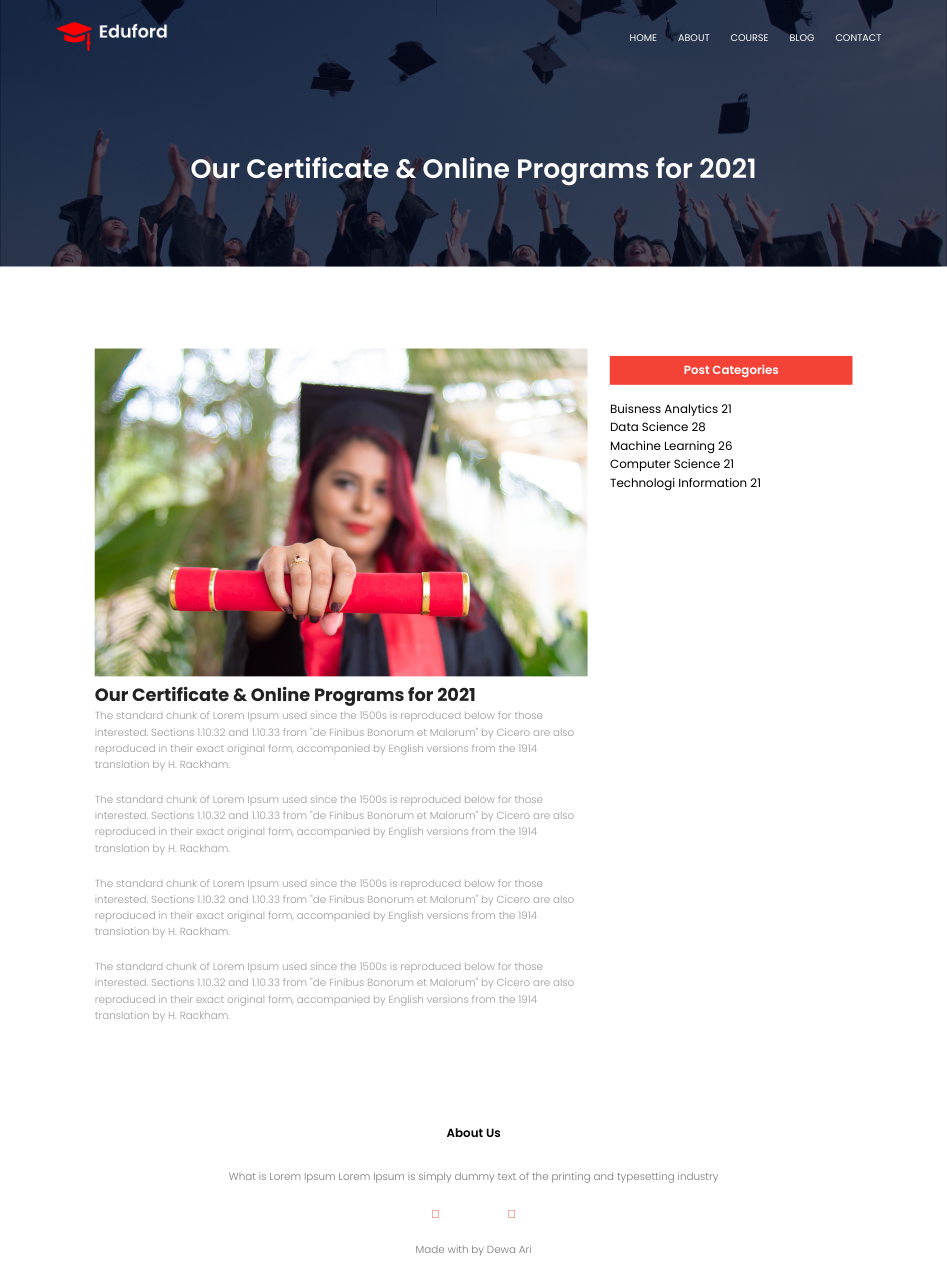
Repository: dewaary/company-profile
Page: blog.html
These files come from the project's save history. The page is drawn as it stood at one moment and after the next save; the edit follows.
The browser window is 1280 px wide. The pictures show the whole page, at 74% of full size.

Above is the page before, as saved 2021-05-07 23:57:50.

### blog.html
<!DOCTYPE html>
<html lang="en">

<head>
    <meta charset="UTF-8" />
    <meta http-equiv="X-UA-Compatible" content="IE=edge" />
    <meta name="viewport" content="width=device-width, initial-scale=1.0" />
    <title>University Website Design</title>
    <link rel="stylesheet" href="style.css" />
    <link rel="preconnect" href="https://fonts.gstatic.com" />
    <link href="https://fonts.googleapis.com/css2?family=Poppins:wght@200;300;400;600;700&display=swap"
        rel="stylesheet" />
    <link rel="stylesheet"
        href="https://cdn.jsdelivr.net/npm/@fortawesome/fontawesome-free@5.15.3/css/fontawesome.min.css" />
</head>

<body>
    <section class="sub-header">
        <nav>
            <a href="index.html"><img src="images/logo.png" /></a>
            <div class="nav-links" id="navLinks">
                <i class="fa fa-times" onclick="hideMenu()"></i>
                <ul>
                    <li><a href="">HOME</a></li>
                    <li><a href="">ABOUT</a></li>
                    <li><a href="">COURSE</a></li>
                    <li><a href="">BLOG</a></li>
                    <li><a href="">CONTACT</a></li>
                </ul>
            </div>
            <i class="fa fa-bars" onclick="showMenu()"></i>
        </nav>
        <h1>Our Certificate & Online Programs for 2021</h1>
    </section>

    <section class="blog-content">
        <div class="row">
            <div class="blog-left">
                <img src="images/certificate.jpg" />
                <h2>Our Certificate & Online Programs for 2021</h2>
                <p>
                    The standard chunk of Lorem Ipsum used since the 1500s is reproduced
                    below for those interested. Sections 1.10.32 and 1.10.33 from "de
                    Finibus Bonorum et Malorum" by Cicero are also reproduced in their
                    exact original form, accompanied by English versions from the 1914
                    translation by H. Rackham.
                </p>
                <br />
                <p>
                    The standard chunk of Lorem Ipsum used since the 1500s is reproduced
                    below for those interested. Sections 1.10.32 and 1.10.33 from "de
                    Finibus Bonorum et Malorum" by Cicero are also reproduced in their
                    exact original form, accompanied by English versions from the 1914
                    translation by H. Rackham.
                </p>
                <br />
                <p>
                    The standard chunk of Lorem Ipsum used since the 1500s is reproduced
                    below for those interested. Sections 1.10.32 and 1.10.33 from "de
                    Finibus Bonorum et Malorum" by Cicero are also reproduced in their
                    exact original form, accompanied by English versions from the 1914
                    translation by H. Rackham.
                </p>
                <br />
                <p>
                    The standard chunk of Lorem Ipsum used since the 1500s is reproduced
                    below for those interested. Sections 1.10.32 and 1.10.33 from "de
                    Finibus Bonorum et Malorum" by Cicero are also reproduced in their
                    exact original form, accompanied by English versions from the 1914
                    translation by H. Rackham.
                </p>
                <br />
            </div>
            <div class="blog-right">
                <h3>Post Categories</h3>
                <div>
                    <span>Buisness Analytics</span>
                    <span>21</span>
                </div>
                <div>
                    <span>Data Science</span>
                    <span>28</span>
                </div>
                <div>
                    <span>Machine Learning</span>
                    <span>26</span>
                </div>
                <div>
                    <span>Computer Science</span>
                    <span>21</span>
                </div>
                <div>
                    <span>Technologi Information</span>
                    <span>21</span>
                </div>
            </div>
        </div>
    </section>

    <section class="footer">
        <h4>About Us</h4>
        <p>
            What is Lorem Ipsum Lorem Ipsum is simply dummy text of the printing and
            typesetting industry
        </p>
        <div class="icons">
            <i class="fa fa-facebook"></i>
            <i class="fa fa-Twitter"></i>
            <i class="fa fa-Instagram"></i>
            <i class="fa fa-linkedin"></i>
        </div>
        <p>Made with <i class="fa fa-heart-0"></i>by Dewa Ari</p>
    </section>

    <!---- Javascript for Toggle Menu ---->
    <script>
        var navLinks = document.getElementById("navLinks");

        function showMenu() {
            navLinks.style.right = "0";
        }
        function hideMenu() {
            navLinks.style.right = "-200px";
        }
    </script>
</body>

</html>

### style.css
* {
  margin: 0;
  padding: 0;
  font-family: "Poppins", sans-serif;
}

.header {
  min-height: 100vh;
  width: 100%;
  background-image: linear-gradient(rgba(4, 9, 30, 0.7), rgba(4, 9, 30, 0.7)),
    url(images/banner.png);
  background-position: center;
  background-size: cover;
  position: relative;
}

nav {
  display: flex;
  padding: 2% 6%;
  justify-content: space-between;
  align-items: center;
}

nav img {
  width: 150px;
}

.nav-links {
  flex: 1;
  text-align: right;
}

.nav-links ul li {
  list-style: none;
  display: inline-block;
  padding: 8px 12px;
  position: relative;
}

.nav-links ul li a {
  color: #fff;
  text-decoration: none;
  font-size: 13px;
}

.nav-links ul li::after {
  content: "";
  width: 0%;
  height: 2px;
  background: #f44336;
  display: block;
  margin: auto;
  transition: 0.5s;
}

.nav-links ul li:hover::after {
  width: 100%;
}

.text-box {
  width: 90%;
  color: #fff;
  position: absolute;
  top: 50%;
  left: 50%;
  transform: translate(-50%, -50%);
  text-align: center;
}

.text-box h1 {
  font-size: 62px;
}

.text-box p {
  margin: 10px 0 40px;
  font-size: 14px;
  color: #fff;
}

.hero-btn {
  display: inline-block;
  text-decoration: none;
  color: #fff;
  border: 1px solid #fff;
  padding: 12px 34px;
  font-size: 13px;
  background: transparent;
  position: relative;
  cursor: pointer;
}

.hero-btn:hover {
  border: 1px solid #f44336;
  background: #f44336;
  transition: 1s;
}

nav .fa {
  display: none;
}

@media (max-width: 700px) {
  .text-box h1 {
    font-size: 20px;
  }

  .nav-links ul li {
    display: block;
  }
  .nav-links {
    position: absolute;
    background: #f44336;
    height: 100vh;
    width: 200px;
    top: 0;
    right: -200px;
    text-align: left;
    z-index: 2;
    transition: 1s;
  }

  nav .fa {
    display: block;
    color: #fff;
    margin: 10px;
    font-size: 22px;
    cursor: pointer;
  }

  .nav-links ul {
    padding: 30px;
  }
}

/*---- Course ------ */

.course {
  width: 80%;
  margin: auto;
  text-align: center;
  padding-top: 100px;
}

h1 {
  font-size: 36px;
  font-weight: 600;
}

p {
  color: #777;
  font-size: 14px;
  font-weight: 300;
  line-height: 22px;
  padding: 10px;
}

.row {
  margin-top: 5%;
  display: flex;
  justify-content: space-between;
}

.course-col {
  flex-basis: 31%;
  background: #fff3f3;
  border-radius: 10px;
  margin-bottom: 5%;
  padding: 20px 12px;
  box-sizing: border-box;
  transition: 0.5s;
}

h3 {
  text-align: center;
  font-weight: 600;
  margin: 10px 0;
}

.course-col:hover {
  box-shadow: 0 0 20px 0px rgba(0, 0, 0, 0.2);
}

@media (max-width: 700px) {
  .row {
    flex-direction: column;
  }
}

.campus {
  width: 80%;
  margin: auto;
  text-align: center;
  padding-top: 50px;
}

.campus-col {
  flex-basis: 32%;
  border-radius: 10px;
  margin-bottom: 30px;
  position: relative;
  overflow: hidden;
}
.campus-col img {
  width: 100%;
  display: block;
}

.layer {
  background: transparent;
  height: 100%;
  width: 100%;
  position: absolute;
  top: 0;
  left: 0;
  transition: 0.5s;
}

.layer:hover {
  background: rgba(226, 0, 0, 0.7);
}

.layer h3 {
  width: 100%;
  font-weight: 500;
  color: #fff;
  font-size: 26px;
  bottom: 0;
  left: 50%;
  transform: translateX(-50%);
  position: absolute;
  transition: 0.5s;
}

.layer:hover h3 {
  bottom: 49%;
  opacity: 1;
}

.facilities {
  width: 80%;
  margin: auto;
  text-align: center;
  padding-top: 100px;
}

.facilities-col {
  flex-basis: 31%;
  border-radius: 10px;
  margin-bottom: 5%;
  text-align: left;
}

.facilities-col img {
  width: 100%;
  border-radius: 10px;
}

.facilities-col p {
  padding: 0%;
}

.facilities-col h3 {
  margin-top: 16px;
  margin-bottom: 15px;
  text-align: left;
}

.testimonials {
  width: 80%;
  margin: auto;
  padding-top: 100px;
  text-align: center;
}

.testimonials-col {
  flex-basis: 44%;
  border-radius: 10px;
  margin-bottom: 5%;
  text-align: left;
  background: #fff3f3;
  padding: 25px;
  cursor: pointer;
  display: flex;
}

.testimonials-col img {
  height: 40px;
  margin-left: 5px;
  margin-right: 30px;
  border-radius: 50%;
}

.testimonials-col p {
  padding: 0;
}

.testimonials-col h3 {
  margin-top: 15px;
  text-align: left;
}

.testimonials-col .fa {
  color: #f44336;
}

@media (max-width: 700px) {
  .testimonials-col img {
    margin-left: 0px;
    margin-right: 15px;
  }
}

.cta {
  margin: 100px auto;
  width: 80%;
  background-image: linear-gradient(rgba(0, 0, 0, 0.7), rgba(0, 0, 0, 0.7)),
    url(images/banner2.jpg);
  background-position: center;
  background-size: cover;
  border-radius: 10px;
  text-align: center;
  padding: 100px 0;
}

.cta h1 {
  color: #fff;
  margin-bottom: 40px;
  padding: 0;
}

@media (max-width: 700px) {
  .cta h1 {
    font-size: 20px;
  }
}

.footer {
  width: 100%;
  text-align: center;
  padding: 30px 0;
}

.footer h4 {
  margin-bottom: 25px;
  margin-top: 20px;
  font-weight: 600;
}

.icons .fa {
  color: #f44336;
  margin: 0 13px;
  cursor: pointer;
  padding: 18px 0;
}

.fa-heart-0 {
  color: #f44336;
}

/*--------- About Us Page --------- */

.sub-header {
  height: 50vh;
  width: 100%;
  background-image: linear-gradient(rgba(4, 9, 30, 0.7), rgba(4, 9, 30, 0.7)),
    url(images/background.jpg);
  background-position: center;
  background-size: cover;
  text-align: center;
  color: #fff;
}

.sub-header h1{
  margin-top: 100px;
}

.about-us {
  width: 80%;
  margin: auto;
  padding-top: 80px;
  padding-bottom: 50px;
}

.about-col {
  flex-basis: 48%;
  padding: 30px 2px;
}

.about-col img{
  width: 100%;
}

.about-col h1{
  padding-top: 0;
}

.about-col p{
  padding: 15px 0 25px;
}

.red-btn {
  border: 1px solid #f44336;
  background: transparent;
  color: #f44336;
}

.red-btn:hover{
  color: #fff;
}

.blog-content {
  width: 80%;
  margin: auto;
  padding: 60px 0;
}

.blog-left{
  flex-basis: 65%;
}

.blog-left img{
  width: 100%;
}

.blog-left h2{
  color: #222;
  font-weight: 30px 0;
}

.blog-left p{
  color: #999;
  padding: 0;
}

.blog-right {
  flex-basis: 32%;
}

.blog-right h3{
  background: #f44336;
  color: #fff;
  padding: 7px 0;
  font-size: 16px;
  margin-bottom: 20px;
}

.blog-right div{
  display: ;
}

After the next save:
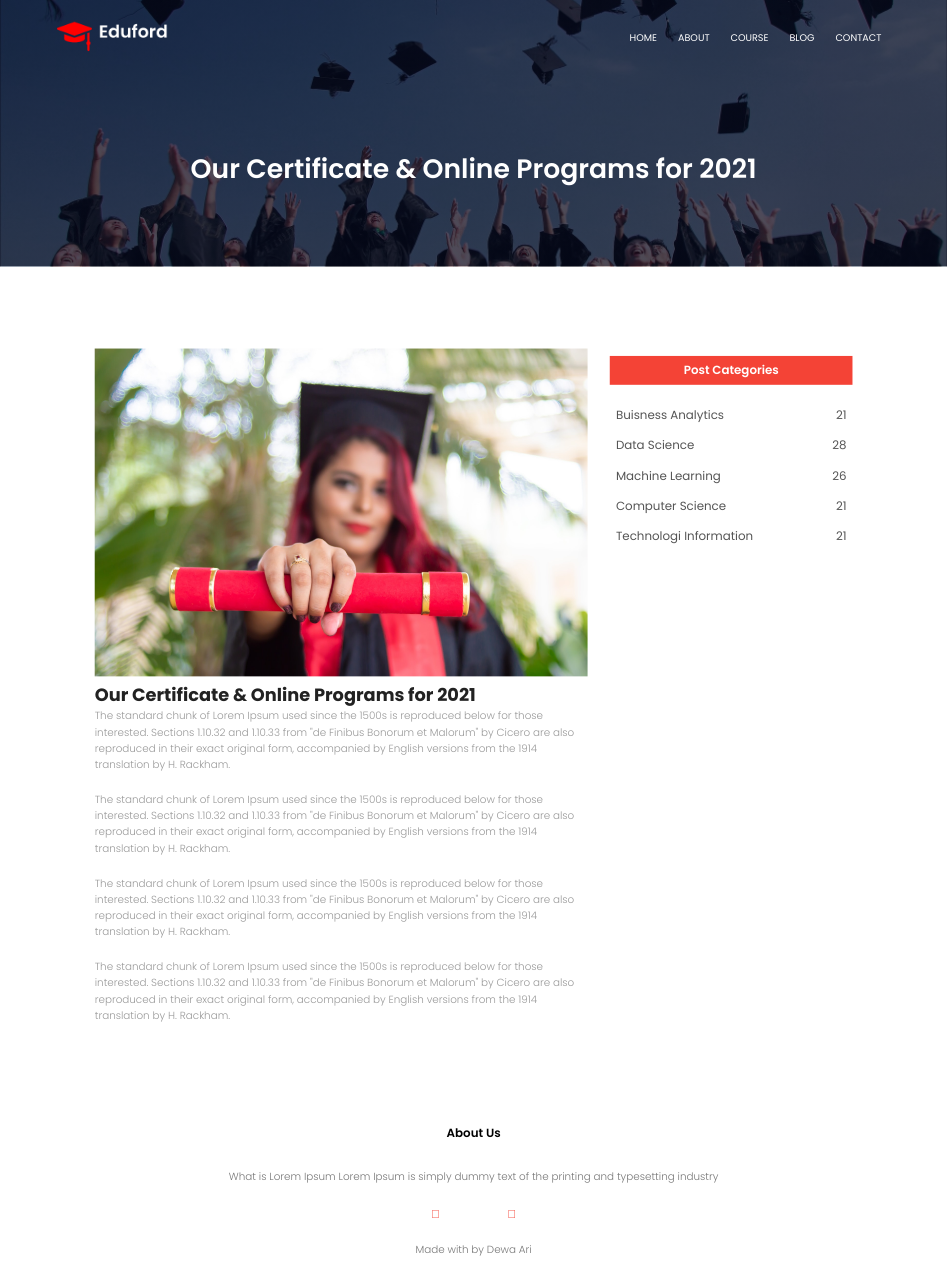
Saved 55 s later.
--- a/style.css
+++ b/style.css
@@ -445,5 +445,10 @@ h3 {
 }
 
 .blog-right div{
-  display: ;
-}
+  display: flex;
+  align-items: center;
+  justify-content: space-between;
+  color: #555;
+  padding: 8px;
+  box-sizing: border-box;
+}
